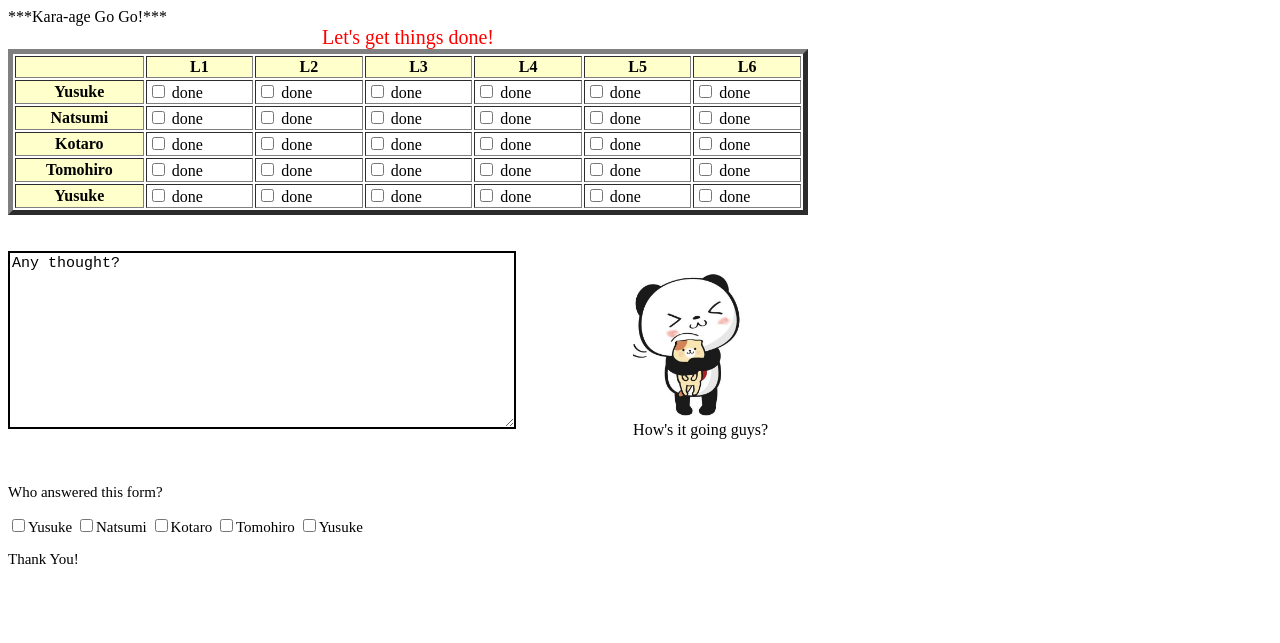
Repository: natsumi-hironaka/micropostsnatsu
Page: tutorials/practice1.html
The author's editor kept a record of every edit. The page is drawn from the files as they stood at one moment, then again after the next edit.
The browser window is 1280 px wide. The pictures show the whole page.

Above is the page before.

After the next edit:
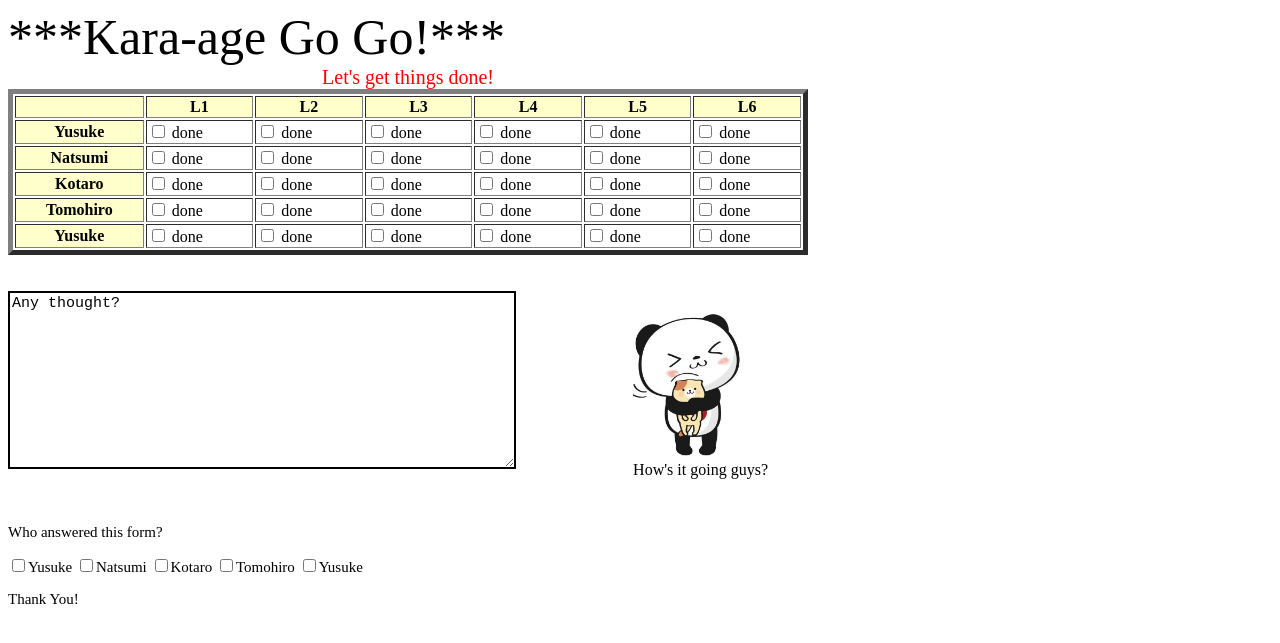
The edit:
--- a/tutorials/practice.css
+++ b/tutorials/practice.css
@@ -36,3 +36,8 @@
 textarea {
     width: 500px;
 }
+
+header {
+    font-size: 50px;
+    float: inherit;
+}
